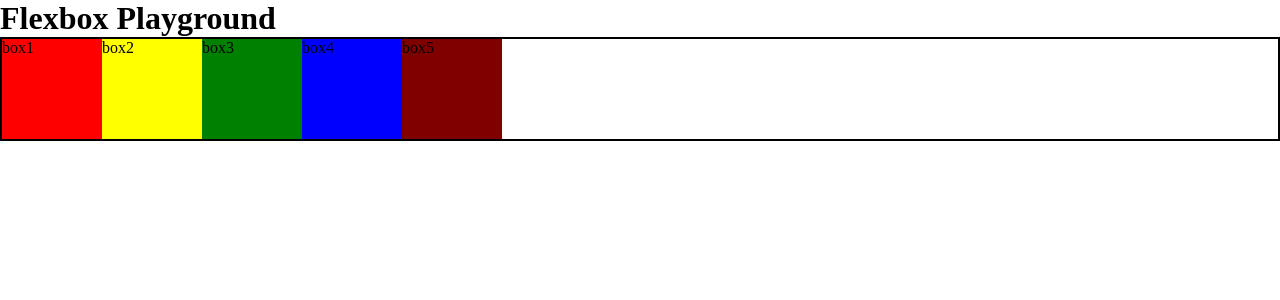
Repository: rakeshkolpepatil/CSS_Apana_College
Page: index.html
The author's editor kept a copy of each file at every save. The page is drawn from the files as they stood at one save, then again after the next save.
The browser window is 1280 px wide. The pictures show the whole page.

Above is the page before, as saved 2023-06-24 20:42:42.

### index.html
<!DOCTYPE html>
<html lang="en">
<head>
  <meta charset="UTF-8">
  <meta name="viewport" content="width=device-width, initial-scale=1.0">
  <link rel="stylesheet" href="styleSeven.css"/>
  <title>Flexbox</title>
</head>
<body>
  <h1> Flexbox Playground </h1>
  <div id="container">
    <div id="box1" class="box"> box1 </div>
    <div id="box2" class="box"> box2 </div>
    <div id="box3" class="box"> box3 </div>
    <div id="box4" class="box"> box4 </div>
    <div id="box5" class="box"> box5 </div>
  </div>
</body>
</html>

### styleSeven.css
*{
  margin: 0px;
  padding: 0px;
}
#container{
  display: flex;
  border: 2px solid black;
}
.box{
  width: 100px;
  height: 100px;
}
#box1{
  background-color: red;
}
#box2{
  background-color: yellow;
}
#box3{
  background-color: green;
}
#box4{
  background-color: blue;
}
#box5{
  background-color: maroon;
}

After the next save:
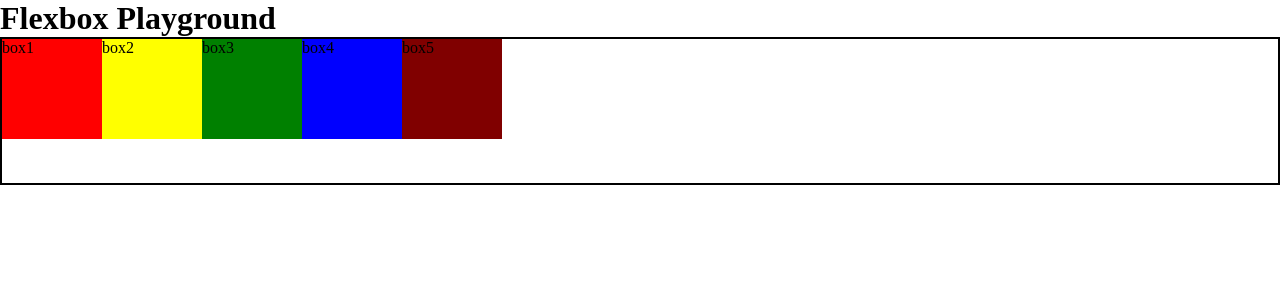
Saved 13 s later.
--- a/styleSeven.css
+++ b/styleSeven.css
@@ -5,6 +5,7 @@
 #container{
   display: flex;
   border: 2px solid black;
+  height: 20vh;
 }
 .box{
   width: 100px;
